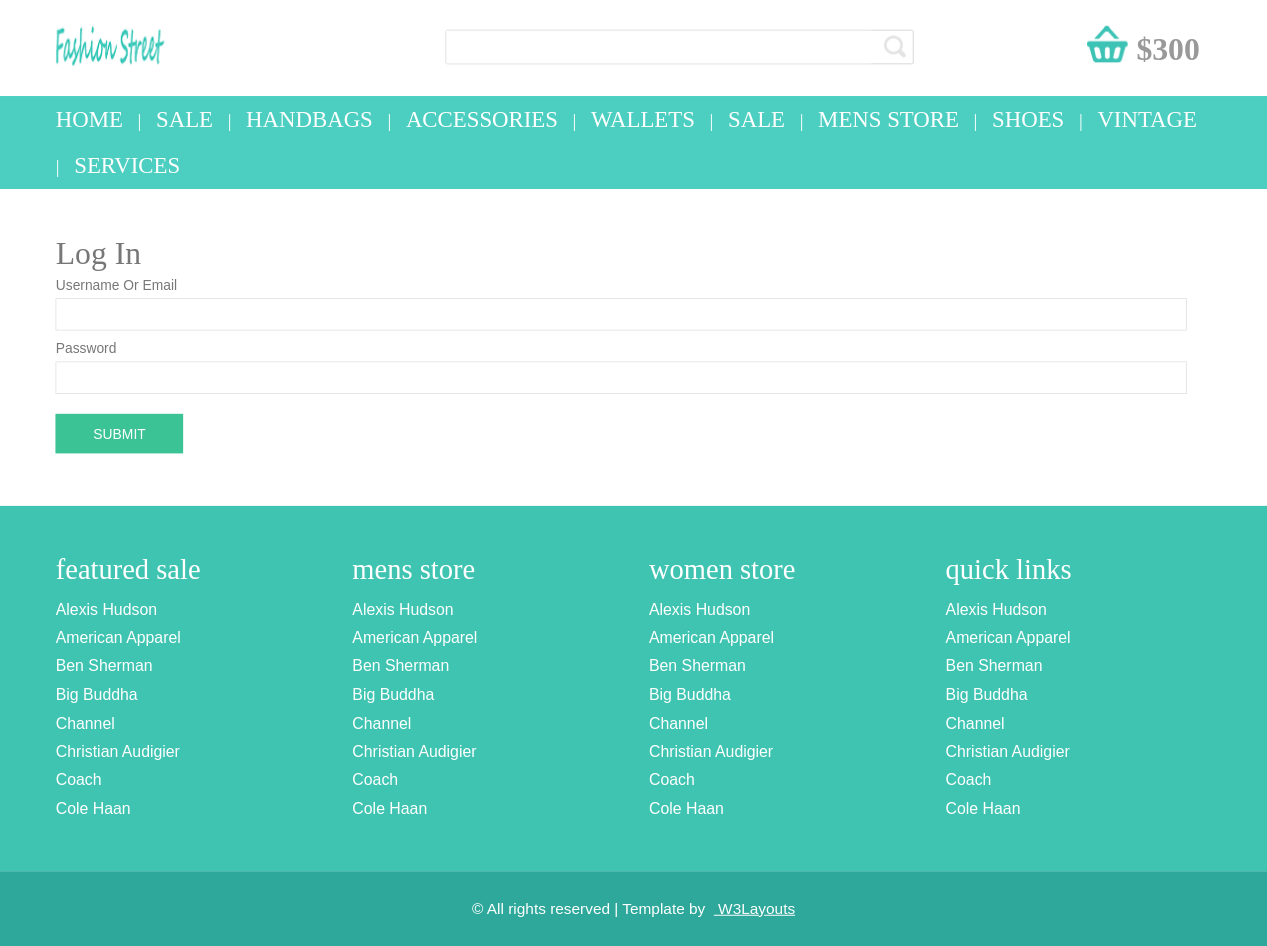
Repository: dshah5/FashionStreet
Page: FashionStreet/WebContent/login.html
An editor plug-in stored every save of this project. The page is shown before and after the next save, followed by the edit.
The browser window is 1280 px wide. The pictures show the whole page, at 99% of full size.
Some web fonts or font styles are not loaded; a fallback is used.

Above is the page before, as saved 2015-09-23 06:05:56.

### FashionStreet/WebContent/login.html
<!--A Design by W3layouts
Author: W3layout
Author URL: http://w3layouts.com
License: Creative Commons Attribution 3.0 Unported
License URL: http://creativecommons.org/licenses/by/3.0/
-->
<!DOCTYPE HTML>
<html>
<head>
<title>The Aditii Website Template | Contact :: w3layouts</title>
<meta http-equiv="Content-Type" content="text/html; charset=utf-8" />
<meta name="viewport" content="width=device-width, initial-scale=1, maximum-scale=1">
<link href='http://fonts.googleapis.com/css?family=Source+Sans+Pro:400,700' rel='stylesheet' type='text/css'>
<link href="css/style.css" rel="stylesheet" type="text/css" media="all" />
<script src="js/jquery.min.js"></script>
<!-- start top_js_button -->
<script type="text/javascript" src="js/move-top.js"></script>
<script type="text/javascript" src="js/easing.js"></script>
   <script type="text/javascript">
		jQuery(document).ready(function($) {
			$(".scroll").click(function(event){
				event.preventDefault();
				$('html,body').animate({scrollTop:$(this.hash).offset().top},1200);
			});
		});
	</script>
</head>
<body>
<!-- start header -->
<div class="header_bg">
<div class="wrap">
	<div class="header">
		<div class="logo">
			<a href="index.html"><img src="images/logo.png" alt=""/> </a>
		</div>
		<div class="h_icon">
		<ul class="icon1 sub-icon1">
			<li><a class="active-icon c1" href="#"><i>$300</i></a>
				<ul class="sub-icon1 list">
					<li><h3>shopping cart empty</h3><a href=""></a></li>
					<li><p>if items in your wishlit are missing, <a href="contact.html">contact us</a> to view them</p></li>
				</ul>
			</li>
		</ul>
		</div>
		<div class="h_search">
    		<form>
    			<input type="text" value="">
    			<input type="submit" value="">
    		</form>
		</div>
		<div class="clear"></div>
	</div>
</div>
</div>
<div class="header_btm">
<div class="wrap">
	<div class="header_sub">
		<div class="h_menu">
			<ul>
				<li><a href="index.html">Home</a></li> |
				<li><a href="sale.html">sale</a></li> |
				<li><a href="handbags.html">handbags</a></li> |
				<li><a href="accessories.html">accessories</a></li> |
				<li><a href="wallets.html">wallets</a></li> |
				<li><a href="sale.html">sale</a></li> |
				<li><a href="index.html">mens store</a></li> |
				<li><a href="shoes.html">shoes</a></li> |
				<li><a href="sale.html">vintage</a></li> |
				<li><a href="service.html">services</a></li>
			</ul>
		</div>
		<div class="top-nav">
	          <nav class="nav">
	    	    <a href="#" id="w3-menu-trigger"> </a>
	                  <ul class="nav-list" style="">
	            	        <li class="nav-item"><a class="active" href="index.html">Home</a></li>
							<li class="nav-item"><a href="sale.html">Sale</a></li>
							<li class="nav-item"><a href="handbags.html">Handbags</a></li>
							<li class="nav-item"><a href="accessories.html">Accessories</a></li>
							<li class="nav-item"><a href="shoes.html">Shoes</a></li>
							<li class="nav-item"><a href="service.html">Services</a></li>
	                 </ul>
	           </nav>
	             <div class="search_box">
				<form>
				   <input type="text" value="Search" onfocus="this.value = '';" onblur="if (this.value == '') {this.value = 'Search';}"><input type="submit" value="">
			    </form>
			</div>
	          <div class="clear"> </div>
	          <script src="js/responsive.menu.js"></script>
         </div>
	<div class="clear"></div>
</div>
</div>
</div>
<!-- start main -->
<div class="main_bg">
<div class="wrap">
<div class="main">
	 	 <div class="contact">
				  <div class="contact-form">
			 	  	 	<h2>Log In</h2>
			 	 	    <form method="post" action="index.html">
					    	<div>
						    	<span><label>Username or Email</label></span>
						    	<span><input name="userName" type="text" class="textbox"></span>
						    </div>
						    <div>
						    	<span><label>Password</label></span>
						    	<span><input name="userEmail" type="text" class="textbox"></span>
						    </div>

						   <div>
						   		<span><input type="submit" class="" value="Submit"></span>
						  </div>
					    </form>
				    </div>
  				<div class="clear"></div>
			  </div>
		</div>
</div>
</div>
<!-- start footer -->
<div class="footer_bg">
<div class="wrap">
	<div class="footer">
		<!-- start grids_of_4 -->
		<div class="grids_of_4">
			<div class="grid1_of_4">
				<h4>featured sale</h4>
				<ul class="f_nav">
					<li><a href="">alexis Hudson</a></li>
					<li><a href="">american apparel</a></li>
					<li><a href="">ben sherman</a></li>
					<li><a href="">big buddha</a></li>
					<li><a href="">channel</a></li>
					<li><a href="">christian audigier</a></li>
					<li><a href="">coach</a></li>
					<li><a href="">cole haan</a></li>
				</ul>
			</div>
			<div class="grid1_of_4">
				<h4>mens store</h4>
				<ul class="f_nav">
					<li><a href="">alexis Hudson</a></li>
					<li><a href="">american apparel</a></li>
					<li><a href="">ben sherman</a></li>
					<li><a href="">big buddha</a></li>
					<li><a href="">channel</a></li>
					<li><a href="">christian audigier</a></li>
					<li><a href="">coach</a></li>
					<li><a href="">cole haan</a></li>
				</ul>
			</div>
			<div class="grid1_of_4">
				<h4>women store</h4>
				<ul class="f_nav">
					<li><a href="">alexis Hudson</a></li>
					<li><a href="">american apparel</a></li>
					<li><a href="">ben sherman</a></li>
					<li><a href="">big buddha</a></li>
					<li><a href="">channel</a></li>
					<li><a href="">christian audigier</a></li>
					<li><a href="">coach</a></li>
					<li><a href="">cole haan</a></li>
				</ul>
			</div>
			<div class="grid1_of_4">
				<h4>quick links</h4>
				<ul class="f_nav">
					<li><a href="">alexis Hudson</a></li>
					<li><a href="">american apparel</a></li>
					<li><a href="">ben sherman</a></li>
					<li><a href="">big buddha</a></li>
					<li><a href="">channel</a></li>
					<li><a href="">christian audigier</a></li>
					<li><a href="">coach</a></li>
					<li><a href="">cole haan</a></li>
				</ul>
			</div>
			<div class="clear"></div>
		</div>
	</div>
</div>
</div>
<!-- start footer -->
<div class="footer_bg1">
<div class="wrap">
	<div class="footer">
		<!-- scroll_top_btn -->
	    <script type="text/javascript">
			$(document).ready(function() {

				var defaults = {
		  			containerID: 'toTop', // fading element id
					containerHoverID: 'toTopHover', // fading element hover id
					scrollSpeed: 1200,
					easingType: 'linear'
		 		};


				$().UItoTop({ easingType: 'easeOutQuart' });

			});
		</script>
		 <a href="#" id="toTop" style="display: block;"><span id="toTopHover" style="opacity: 1;"></span></a>
		<!--end scroll_top_btn -->
		<div class="copy">
			<p class="link">&copy;  All rights reserved | Template by&nbsp;&nbsp;<a href="http://w3layouts.com/"> W3Layouts</a></p>
		</div>
		<div class="clear"></div>
	</div>
</div>
</div>
</body>
</html>

Loaded but not shown: FashionStreet/WebContent/js/jquery.min.js (library); FashionStreet/WebContent/js/easing.js (140 lines, source omitted); FashionStreet/WebContent/js/responsive.menu.js (97 lines, source omitted); FashionStreet/WebContent/js/move-top.js (5 lines, source omitted); FashionStreet/WebContent/css/style.css (1510 lines, source omitted)

After the next save:
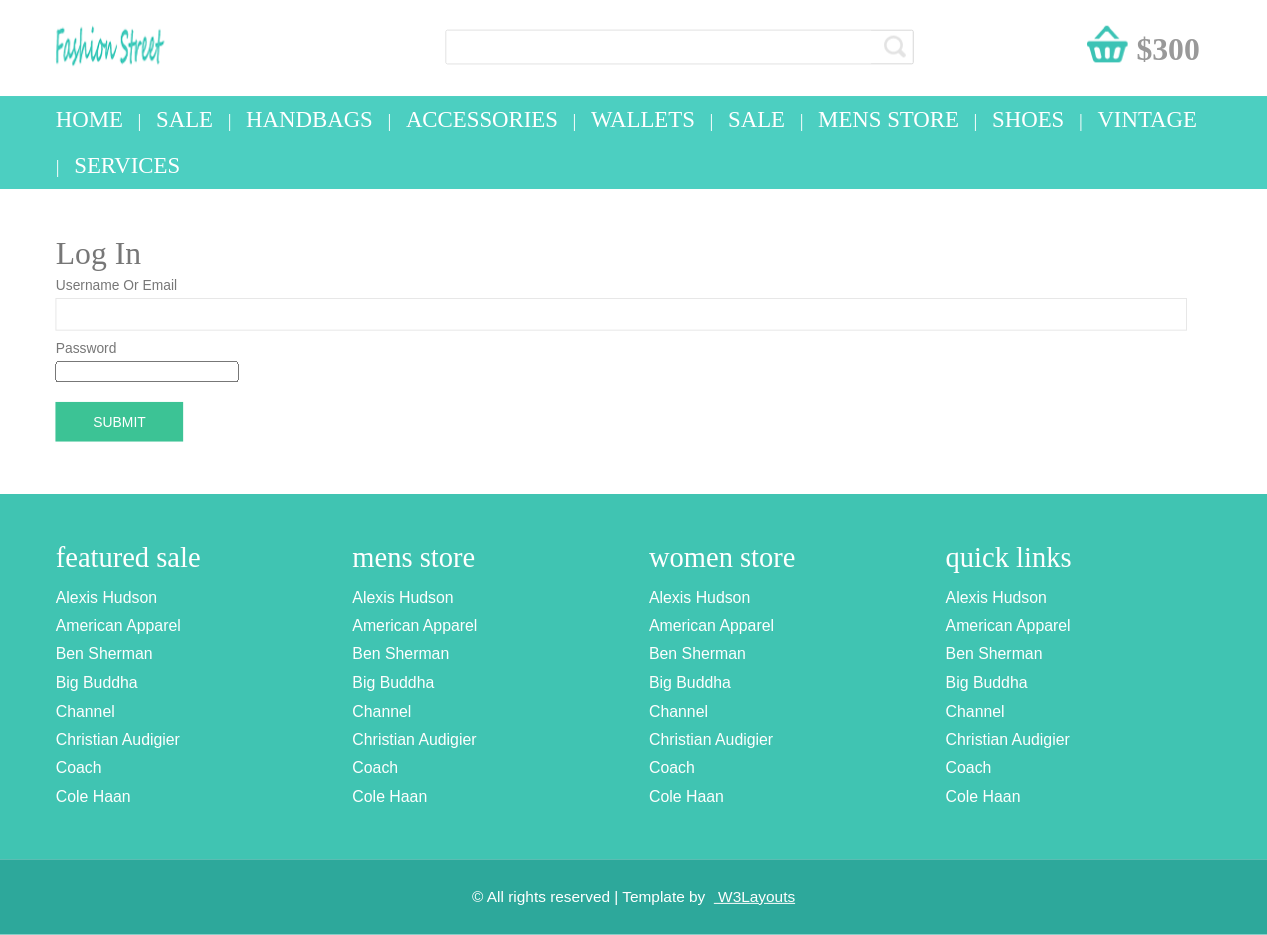
Saved 66 s later.
--- a/FashionStreet/WebContent/login.html
+++ b/FashionStreet/WebContent/login.html
@@ -108,7 +108,7 @@
 						    </div>
 						    <div>
 						    	<span><label>Password</label></span>
-						    	<span><input name="userEmail" type="text" class="textbox"></span>
+						    	<span><input name="userEmail" type="password" class="textbox"></span>
 						    </div>
 
 						   <div>
